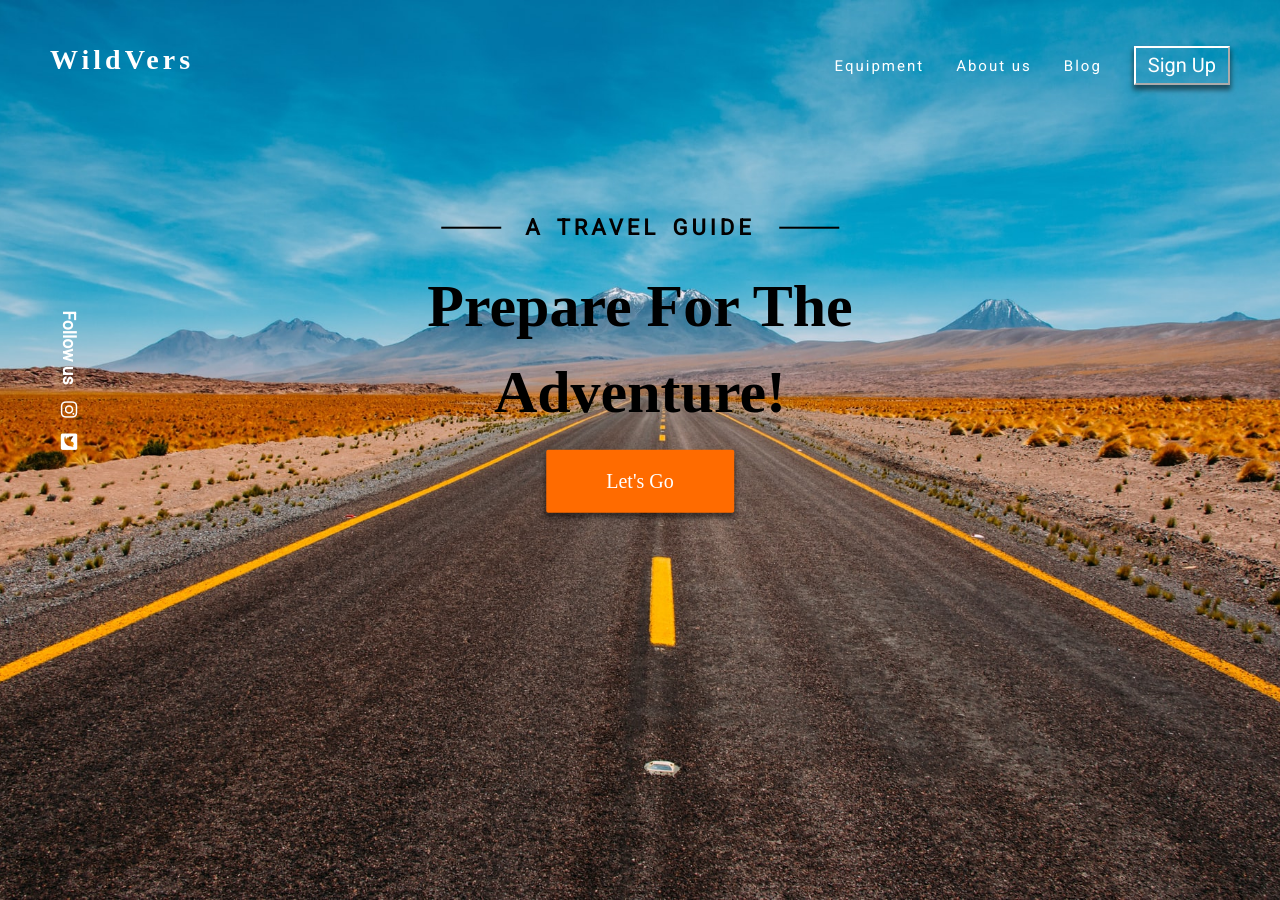
Repository: Hunga9k50doker/wildver-travel
Page: src/index.html
The author's editor kept a copy of each file at every save. The page is drawn from the files as they stood at one save, then again after a run of saves.
The browser window is 1280 px wide. The pictures show the whole page.
Some web fonts or font styles are not loaded; a fallback is used. The style sheet was rebuilt from its Sass, Less or Tailwind sources for each picture, by a compiler version that may differ from the author's.

Above is the page before, as saved 2021-08-26 00:38:16.

After the next 7 saves:
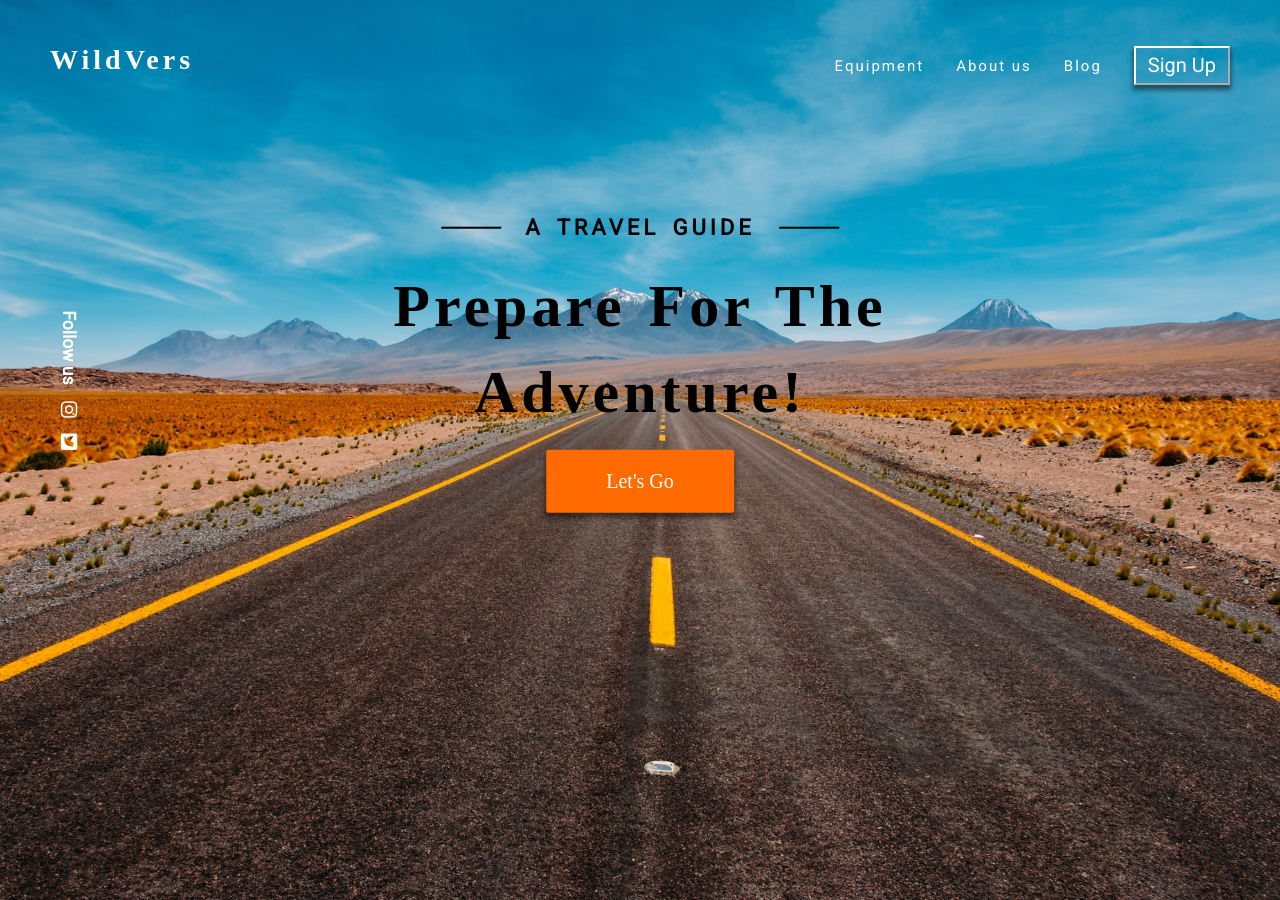
The 7 saves are shown as one change because they came seconds apart.
The last was saved 38 s later.
--- a/src/resources/scss/header.scss
+++ b/src/resources/scss/header.scss
@@ -139,6 +139,8 @@
             }
             h2{
                 font-size:6rem;
+                word-spacing: 4px;
+                letter-spacing: 4px;
                 &:nth-child(2){
                     margin-top: 4rem;
                 }
